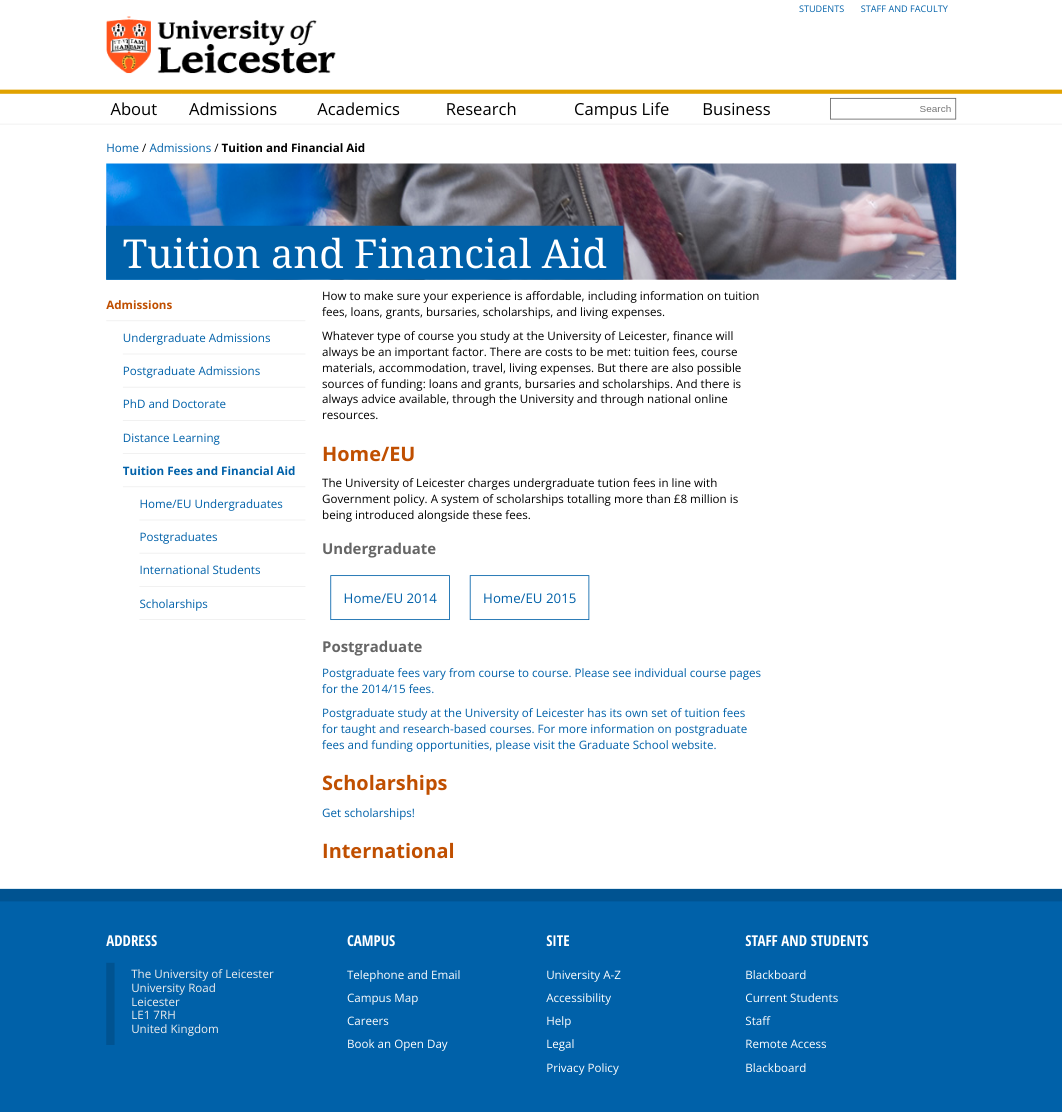
Repository: vqdo/leicester-redesign
Page: costs.html
The author's editor kept a record of every edit. The page is drawn from the files as they stood at one moment, then again after the next edit.
The browser window is 1280 px wide. The pictures show the whole page, at 83% of full size.
Some web libraries are served in a nearby version.

Above is the page before.

After the next edit:
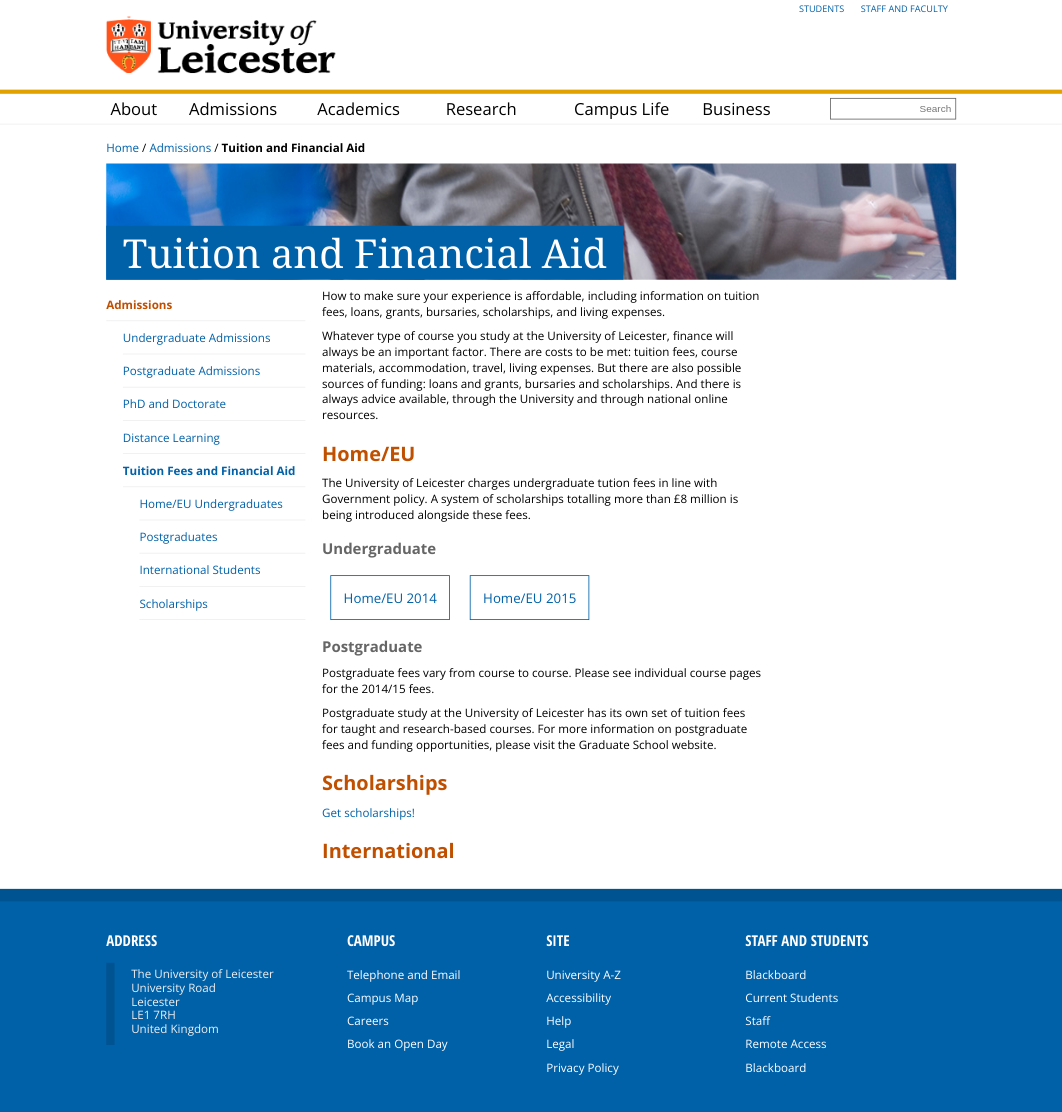
The edit:
--- a/costs.html
+++ b/costs.html
@@ -131,7 +131,7 @@
                     <h3><a href="/">Undergraduate</a></h3>
                         <a class="box-link"><span>Home/EU 2014</span></a>
                         <a class="box-link"><span>Home/EU 2015</span></a>
-                    <h3><a href="/">Postgraduate</h3>
+                    <h3><a href="/">Postgraduate</a></h3>
                         <p>Postgraduate fees vary from course to course. Please see individual course pages for the 2014/15 fees.</p>
 
                         <p>Postgraduate study at the University of Leicester has its own set of tuition fees for taught and research-based courses. For more information on postgraduate fees and funding opportunities, please visit the Graduate School website.</p>
